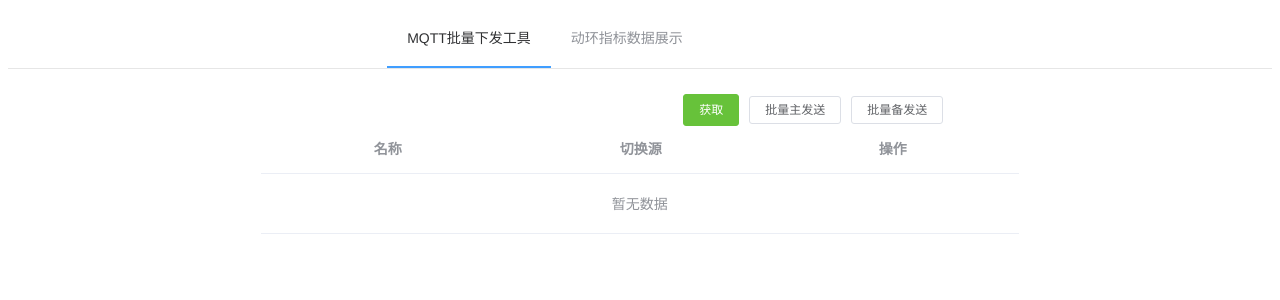
Repository: faintout/BHMQTTSendTool
Page: /
These files come from the project's save history. The page is drawn as it stood at one moment and after a run of saves; the edit follows.
The browser window is 1280 px wide. The pictures show the whole page.
The project was rebuilt for these pictures with package versions that can differ from the ones it lists, and the page was loaded fresh each time. Also part of the build but not shown: vue.config.js, src/views/MovingInfoShow.vue.

Above is the page before, as saved 2020-09-03 15:35:36.

After the next 2 saves:
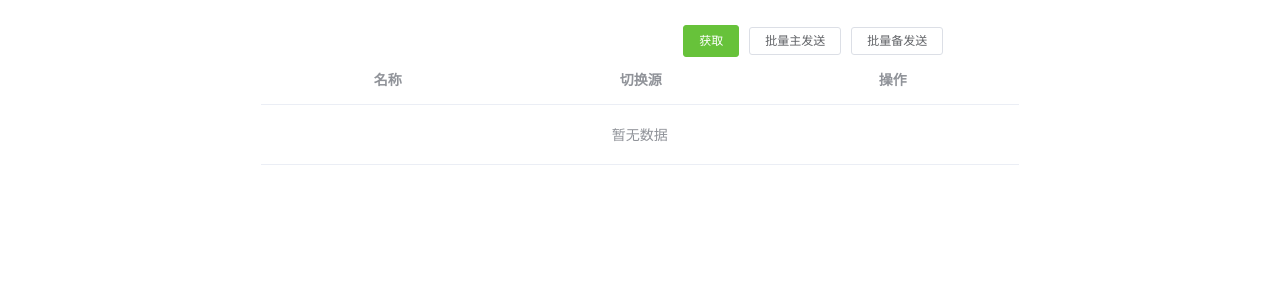
The 2 saves are shown as one change because they came seconds apart.
The last was saved 97 s later.
--- a/src/views/layout.vue
+++ b/src/views/layout.vue
@@ -1,8 +1,8 @@
 <template>
     <div>
-        <header-info></header-info>
-        <!-- <mqtt-send-tool v-if='activeIndex==1'></mqtt-send-tool>
-        <moving-info-show v-if='activeIndex==2'></moving-info-show> -->
+        <!-- <header-info></header-info> -->
+        <mqtt-send-tool v-if='activeIndex==1'></mqtt-send-tool>
+        <moving-info-show v-if='activeIndex==2'></moving-info-show>
         <router-view></router-view>
     </div>
 </template>
